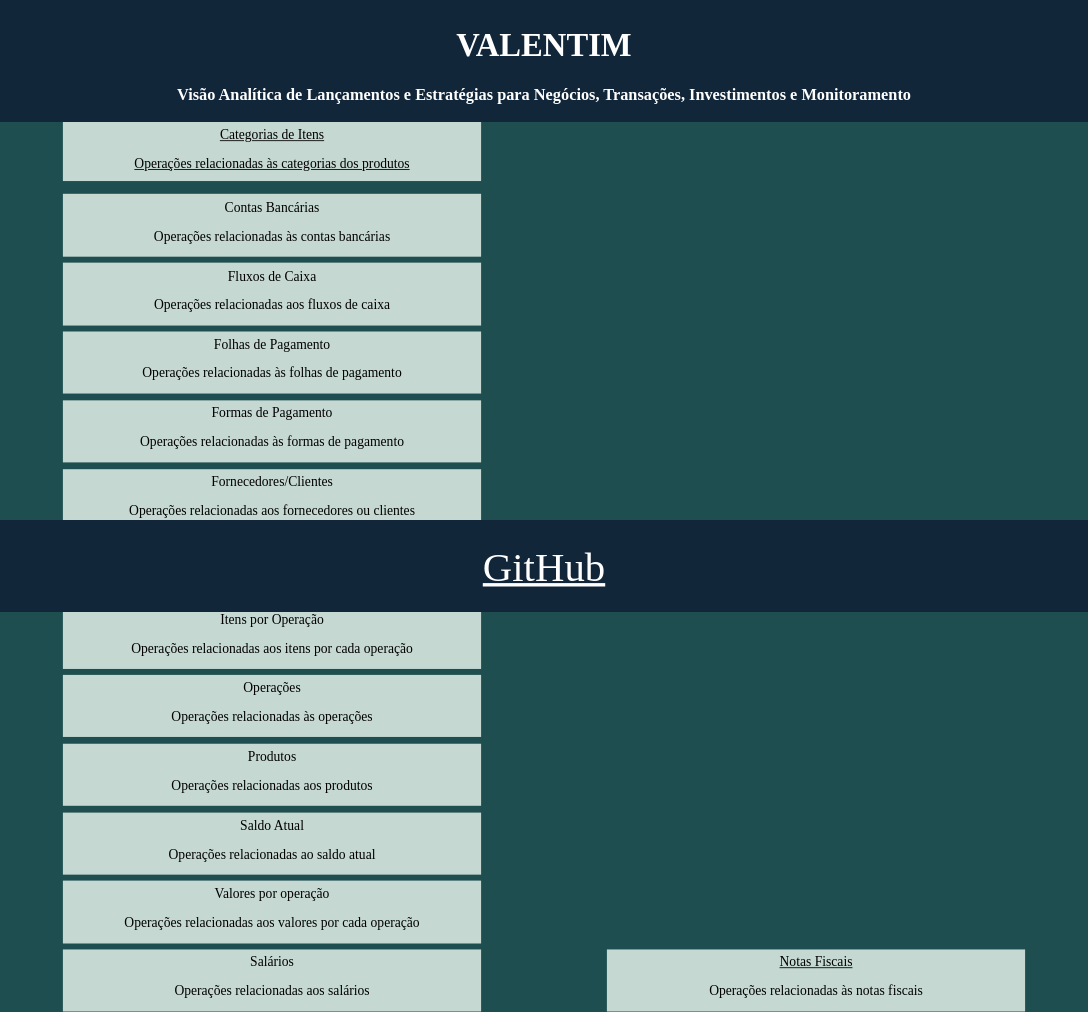
Repository: Matheus-Lacerda009/ERP-Financeiro
Page: Front/menu/menu.html
An editor plug-in stored every save of this project. The page is shown before and after a run of saves, followed by the edit.
The browser window is 1280 px wide. The pictures show the whole page, at 85% of full size.

Above is the page before, as saved 2026-07-13 19:13:02.

After the next 2 saves:
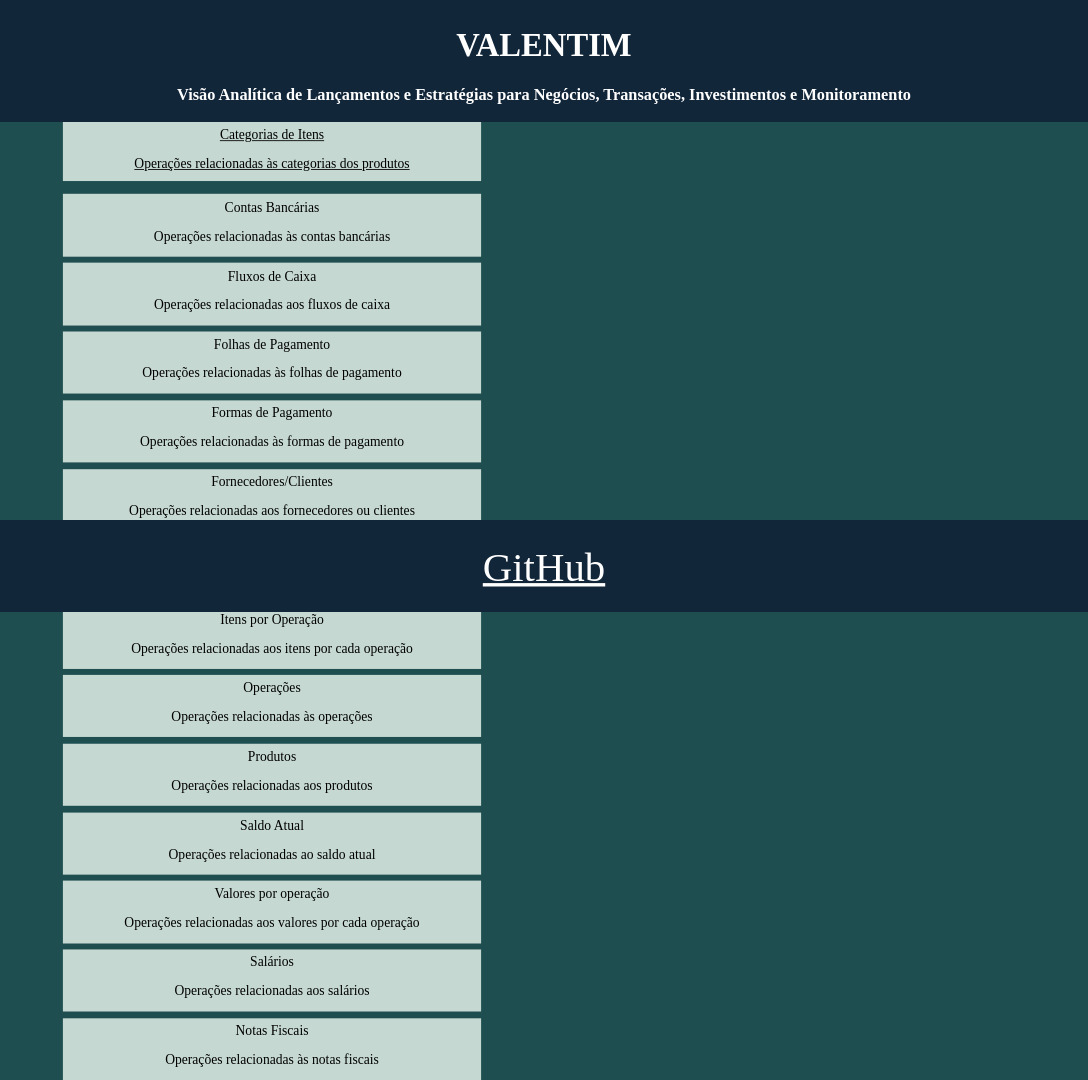
The 2 saves are shown as one change because they came seconds apart.
The last was saved 6 s later.
--- a/Front/menu/menu.html
+++ b/Front/menu/menu.html
@@ -80,8 +80,9 @@
                 Salários</a>
                 <p>Operações relacionadas aos salários</p>
             </div>
+            <a href="../notaFiscal/nota_fiscal.html" class="links"></a>
             <div class="divEntidades">
-                <a href="../notaFiscal/nota_fiscal.html" class="links">Notas Fiscais</a>
+                Notas Fiscais</a>
                 <p>Operações relacionadas às notas fiscais</p>
             </div>
         </div>
